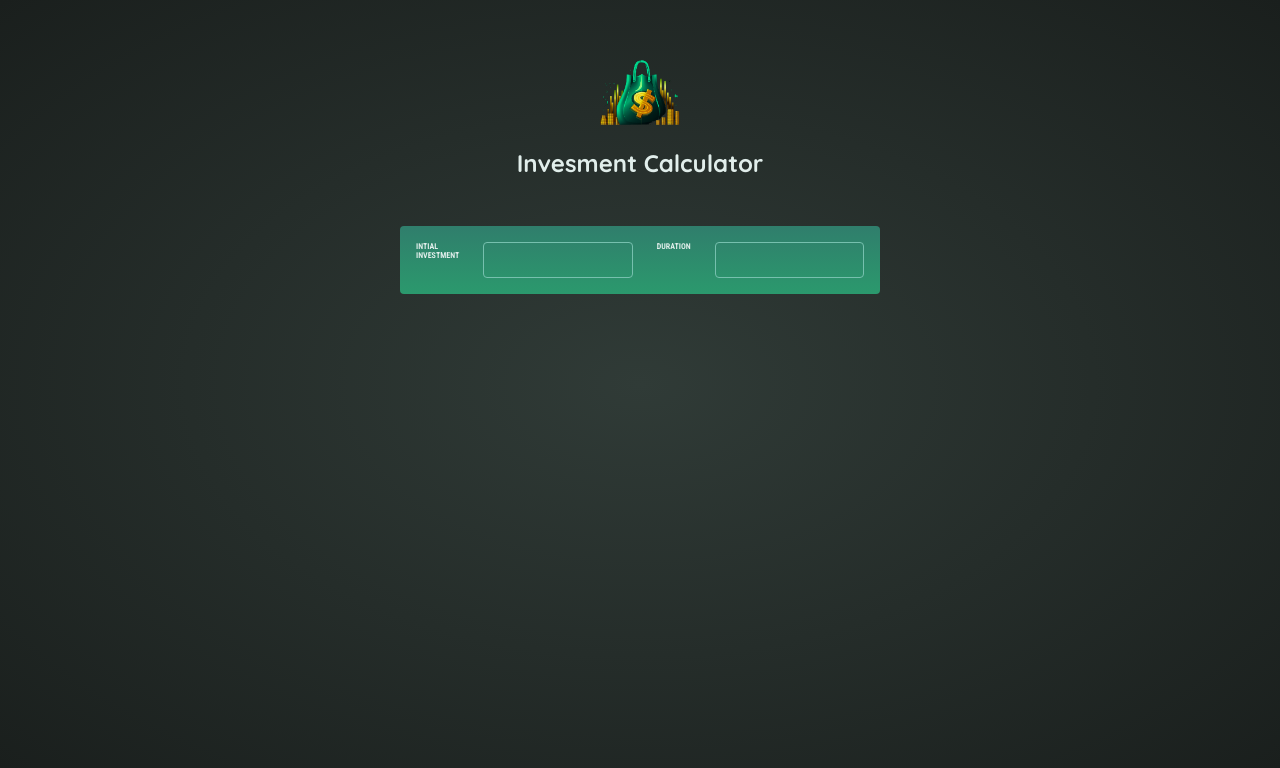
Repository: sibi24sibi/investment-calculator
Page: /
These files come from the project's save history. The page is drawn as it stood at one moment and after the next save; the edit follows.
The browser window is 1280 px wide. The pictures show the whole page.
The project was rebuilt for these pictures with package versions that can differ from the ones it lists, and the page was loaded fresh each time. Also part of the build but not shown: vite.config.js.

Above is the page before, as saved 2024-05-26 10:05:07.

### src/App.jsx
import logo from './assets/investment-calculator-logo.png'
import Inputs from './components/Inputs'
function App() {
  return (
    <>
    <div id="header">
      <img src={logo} alt="" srcset="" />
      <h1>Invesment Calculator</h1>
    </div>
    <Inputs />
    </>
  )
}

export default App

### src/components/Inputs.jsx
export default function Input() {
    return (
        <section id='user-input'>
            <div className="input-group">
                <label htmlFor="">Intial investment</label>
                <input type="number" name="initialInvestment" id="initialInvestment" />
                <label htmlFor="">Duration</label>
                <input type="number" name="Duration" id="Duration" />
            </div>
        </section>
    )
}

Loaded but not shown: index.html (common file); src/index.jsx (common file); src/index.css (common file)

After the next save:
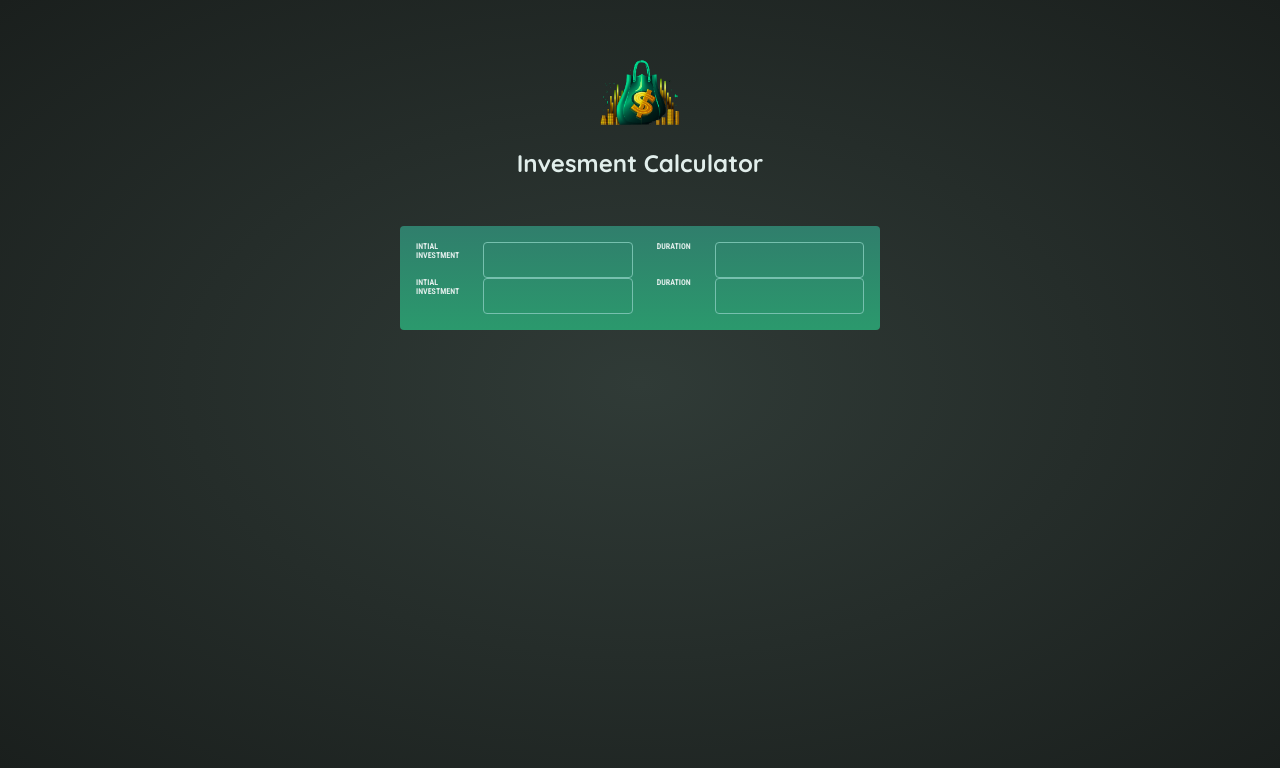
Saved 22 s later.
--- a/src/components/Inputs.jsx
+++ b/src/components/Inputs.jsx
@@ -7,6 +7,12 @@ export default function Input() {
                 <label htmlFor="">Duration</label>
                 <input type="number" name="Duration" id="Duration" />
             </div>
+            <div className="input-group">
+                <label htmlFor="">Intial investment</label>
+                <input type="number" name="initialInvestment" id="initialInvestment" />
+                <label htmlFor="">Duration</label>
+                <input type="number" name="Duration" id="Duration" />
+            </div>
         </section>
     )
 }
